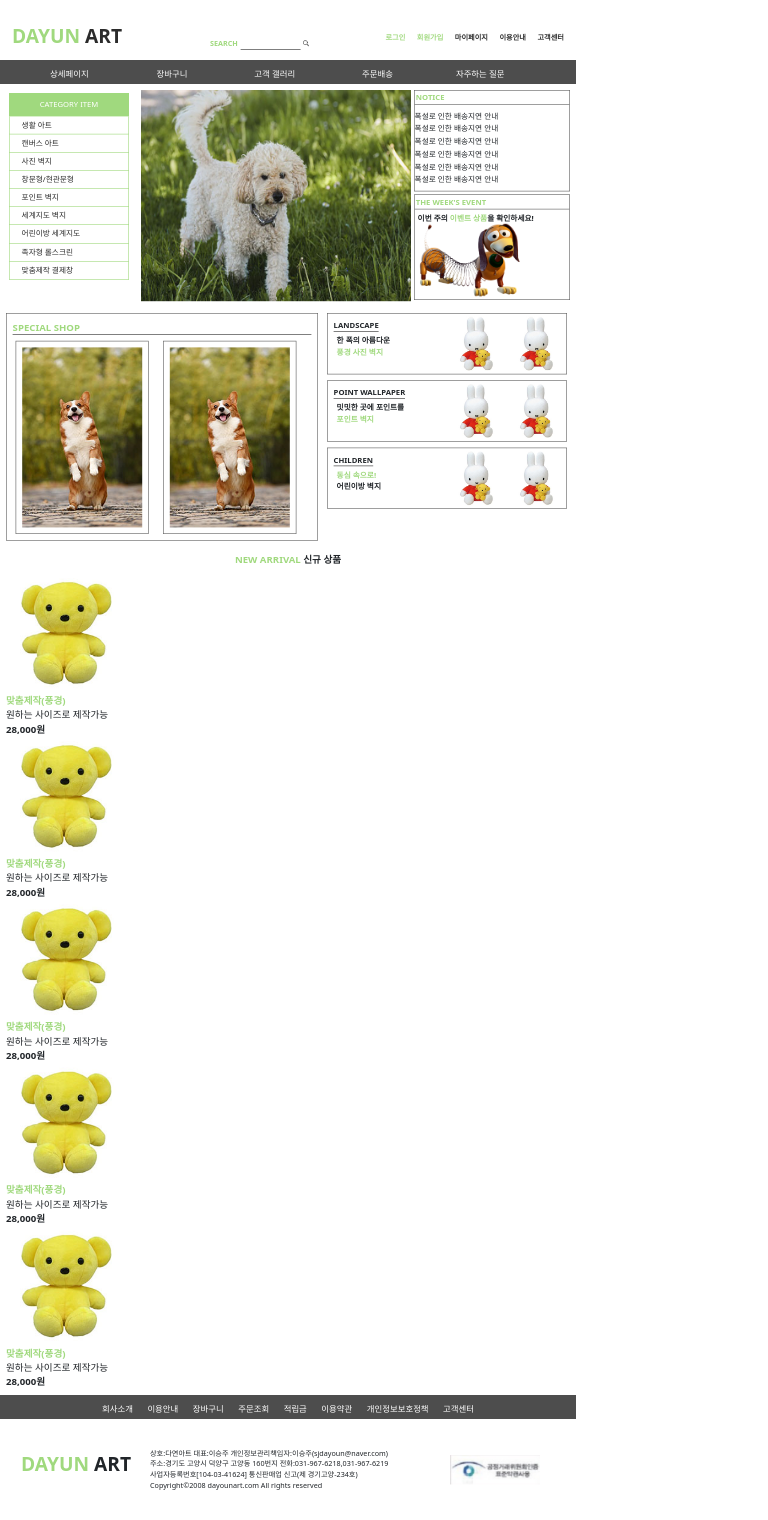
Repository: yeonddu/green_js
Page: pro01/public/bootstrap/hp.html
An editor plug-in stored every save of this project. The page is shown before and after the next save, followed by the edit.
The browser window is 1280 px wide. The pictures show the whole page, at 60% of full size.

Above is the page before, as saved 2022-12-28 08:36:59.

### pro01/public/bootstrap/hp.html
<!DOCTYPE html>
<html lang="ko">
<head>
<meta charset="utf-8">
<meta name="viewport" content="width=device-width, initial-scale=1">
<link rel="stylesheet" href="dayun.css">
<link rel="stylesheet" href="hp.css">
<link href="https://cdn.jsdelivr.net/npm/bootstrap@5.2.3/dist/css/bootstrap.min.css" rel="stylesheet">

<title>Insert title here</title>

</head>
<body>
 <header>
	 <div id="top">
	 	 	<div class="logo"><a href="hp.html"><span class="brand">DAYUN</span> ART</a></div>
			<div id="search">
				<div id="search-title">SEARCH</div>
				<input id="search-input" type="search">
				<a href="#"><img src="images/glass.png"></a>
			</div>
			<div id="top-menu">
				<ul>
					<li><a class="brand" href="#">로그인</a></li>
					<li><a class="brand" href="#">회원가입</a></li>
					<li><a href="#">마이페이지</a></li>
					<li><a href="#">이용안내</a></li>
					<li><a href="#">고객센터</a></li>
				</ul>
			</div>
		 </div>
	 <div id="main-menu">
	 	<ul>
	 		<li><a href="product.html">상세페이지</a></li>
	 		<li><a href="cart.html">장바구니</a></li>
	 		<li><a href="#">고객 갤러리</a></li>
	 		<li><a href="#">주문배송</a></li>
	 		<li><a href="#">자주하는 질문</a></li>
	 	</ul>
	 </div>
</header>
<section>
	<div id="box1">
	<div id="cont-left">
		<div id="cate">
			<div id="cate-title">CATEGORY ITEM</div>
			<ul>
			<li><a href="#">생활 아트</a></li>
			<li><a href="#">캔버스 아트</a></li>
			<li><a href="#">사진 벽지</a></li>
			<li><a href="#">창문형/현관문형</a></li>
			<li><a href="#">포인트 벽지</a></li>
			<li><a href="#">세계지도 벽지</a></li>
			<li><a href="#">어린이방 세계지도</a></li>
			<li><a href="#">족자형 롤스크린</a></li>
			<li><a href="#">맞춤제작 결제창</a></li>
			</ul>
		</div>
	</div>
	<div id="cont-right">
		<div id="main-img"><img src="images/dog.jpg"></div>
		<div id="notice">
			<div id="notice-title" class="brand">NOTICE</div>
			<div id="notice-content">
				<p></p>
				<p>폭설로 인한 배송지연 안내</p>
				<p>폭설로 인한 배송지연 안내</p>
				<p>폭설로 인한 배송지연 안내</p>
				<p>폭설로 인한 배송지연 안내</p>
				<p>폭설로 인한 배송지연 안내</p>
				<p>폭설로 인한 배송지연 안내</p>
			</div>
		</div>
		<div id="event">
			<div id="event-title" class="brand">THE WEEK'S EVENT</div>
			<div id="event-content">
				<div>이번 주의 <span class="brand">이벤트 상품</span>을 확인하세요!</div>
				<img src="images/dog1.png">
			</div>
		</div>
	</div>
	</div>
	<div id="box2-left">
		<div id="special">
			<div id="special-title" class="brand">SPECIAL SHOP</div>
			<div id="special-content">
				<img src="images/spe1.jpg" alt="">
				<img src="images/spe1.jpg" alt="">
			</div>
		</div>
	</div>
	<div id="box2-right">
		<div id="landscape">
			<div class="box2-title">
				<div>LANDSCAPE</div>
				<div>한 폭의 아름다운<br> <span class="brand">풍경 사진 벽지</span></div>
			</div>
			<div class="box2-content">
			<img src="images/po1.jpg" alt="">
			<img src="images/po1.jpg" alt="">
			</div>
		</div>
		<div id="point">
			<div class="box2-title">
				<div>POINT WALLPAPER</div>
				<div>밋밋한 곳에 포인트를<br> <span class="brand">포인트 벽지</span></div>
			</div>
			<div class="box2-content">
			<img src="images/po1.jpg" alt="">
			<img src="images/po1.jpg" alt="">
			</div>
		</div>
		<div id="children">
			<div class="box2-title">
				<div>CHILDREN</div>
				<div><span class="brand">동심 속으로!</span><br>어린이방 벽지</div>
			</div>
			<div class="box2-content">
			<img src="images/po1.jpg" alt="">
			<img src="images/po1.jpg" alt="">
			</div>
		</div>
	</div>
	<div id="box3">
		<div id="new-title"> <span class="brand">NEW ARRIVAL</span> 신규 상품</div>
		<div class="new-content" id="box3-item1">
			<img src="images/new1.jpg">
			<div>맞춤제작(풍경)</div>
			<div>원하는 사이즈로 제작가능</div>
			<div>28,000원</div>
		</div>
		<div class="new-content" id="box3-item1">
			<img src="images/new1.jpg">
			<div>맞춤제작(풍경)</div>
			<div>원하는 사이즈로 제작가능</div>
			<div>28,000원</div>
		</div>
		<div class="new-content" id="box3-item1">
			<img src="images/new1.jpg">
			<div>맞춤제작(풍경)</div>
			<div>원하는 사이즈로 제작가능</div>
			<div>28,000원</div>
		</div>
		<div class="new-content" id="box3-item1">
			<img src="images/new1.jpg">
			<div>맞춤제작(풍경)</div>
			<div>원하는 사이즈로 제작가능</div>
			<div>28,000원</div>
		</div>
		<div class="new-content" id="box3-item1">
			<img src="images/new1.jpg">
			<div>맞춤제작(풍경)</div>
			<div>원하는 사이즈로 제작가능</div>
			<div>28,000원</div>
		</div>
	</div>
		<div id="bottom-menu">
	 	<ul>
	 		<li><a href="#">회사소개</a></li>
	 		<li><a href="#">이용안내</a></li>
	 		<li><a href="cart.html">장바구니</a></li>
	 		<li><a href="#">주문조회</a></li>
	 		<li><a href="#">적립금</a></li>
	 		<li><a href="#">이용약관</a></li>
	 		<li><a href="#">개인정보보호정책</a></li>
	 		<li><a href="#">고객센터</a></li>
	 	</ul>
	 </div>
</section>
<footer>
	<div class="logo"><span class="brand">DAYUN</span> ART</div>
	<div id="item2">상호:다연아트 대표:이승주 개인정보관리책임자:이승주(sjdayoun@naver.com)<br>
		주소:경기도 고양시 덕양구 고양동 160번지 전화:031-967-6218,031-967-6219<br>
		사업자등록번호[104-03-41624] 통신판매업 신고(제 경기고양-234호)<br>
		Copyright©2008 dayounart.com All rights reserved
	</div>
	<img src="images/certi.png" alt="공정거래위원회인증표준약관사용">
</footer>
</body>
</html>

### pro01/public/bootstrap/dayun.css
@charset "EUC-KR";

* {
	margin:0;
	padding:0;
}

body {
	background:#F0F0F0;
	width:960px;
}
.brand {
	color:#A0D97E;
	font-weight:bold;
}

header a {
	text-decoration:none;
	color:#2B2B2B;
}
header #top {
	height:100px;
	position:relative;
}
header .logo {
	font-size:2em;
	position:relative;
	top:35px;
	left:20px;
	font-weight:bold;
}

header #search {
	position:relative;
	top:10px;
	left:350px;
	display:block;
	float:left;
	color:#A0D97E;
}

header #search-title {
	display:inline-block;
	font-size:12px;
	font-weight:bold;
}

header #search-input {
	border:none;
	border-bottom:1px solid #2B2B2B;
	background:none;
	width:100px;
}

header #top-menu {
	position:relative;
	float:right;
	margin: 0 10px;
}
header #top-menu ul li{
	display:inline-block;
	font-size:12px;
	margin-right:5px;
	padding:5px;
	font-weight:bold;
}

header #main-menu {
	height:40px;
	background:#4D4D4D;
	justify-content:center;
}

header #main-menu ul li {
	list-style:none;
	display:inline-block;
	width:18%;
	padding:10px;
	text-align:center;

}
header #main-menu a {
	color:white;
	font-size:14px;
}

section #bottom-menu {
	position:relative;
	clear:both;
	height:40px;
	background:#4D4D4D;

}

#bottom-menu ul {
	padding:10px;
	text-align:center;
}

section #bottom-menu ul li {
	display:inline-block;
	list-style:none;

}
section #bottom-menu a {
	color:white;
	text-decoration:none;
	font-size:14px;
	padding:10px;
}

footer .logo {
	font-size:2em;
	position:relative;
	top:50px;
	left:35px;
	font-weight:bold;
}

footer #item2 {
	position:relative;
	top:0px;
	left:250px;
	font-size:12px;
}

footer img {
	position:relative;
	left:750px;
	top:-60px;
	width:150px;
}

### pro01/public/bootstrap/hp.css
@charset "EUC-KR";
section #cont-left {
	float:left;
	margin:10px;
	padding:5px;
}

section #cate #cate-title {
	background:#A0D97E;
	color:white;
	width:200px;
	margin:0;
	padding:10px 5px;
}

section #cate-title {
	text-align:center;
	font-size:0.8em;
}

section #cate ul {
	padding:0;
}
section #cate li {
	border :1px solid #A0D97E;
	border-top:none;
	list-style:none;
	width:200px;
	padding:5px 5px 5px 20px;
	font-size:0.8em;
}

section #cate a {
	text-decoration:none;
	color:#2B2B2B;
}

section #cont-right {
	float:left;
	margin: 5px 0;
	padding:5px;
	width:730px;
}

#main-img img {
	width:450px;
	float:left;
}

#notice {
	float:left;
	margin:0 5px;
	width:260px;
	border:1px solid rgb(94,94,94);
	font-size:0.8em;
}

#notice-title, #event-title {
	border-bottom:1px solid rgb(94,94,94);
	padding:2px;
}

#notice #notice-content {
	line-height:0.4;
}

#event {
	float:left;
	margin : 5px 0 0 5px;
	width:260px;
	border:1px solid rgb(94, 94, 94);
	font-size:0.8em;
}

#event #event-content {
	font-weight:bold;
	padding:5px;
}

#event #event-content img {
	width:170px;
}

#special {
	float:left;
	border:1px solid rgb(94, 94, 94);
	padding:5px;
	margin:10px;
	width:520px;
}


#special-title {
	border-bottom: 1px solid #2B2B2B;
	margin:5px;
}

#special-content img {
	border:1px solid rgb(94, 94, 94);
	padding:10px;
	margin:5px 10px;
}


#landscape, #point, #children {
	float:left;
	width:400px;
	border:1px solid rgb(94, 94, 94);
	margin-top:10px;
	margin-left:5px;
}

.box2-title {
	float:left;
	font-size:0.8em;
	font-weight:bold;
	width:140px;
	margin:10px;
}

.box2-title div:first-child{
	float:left;
	border-bottom: 1px solid #2B2B2B;
}

.box2-title div:nth-child(2) {
	clear:both;
	padding:5px;
}
.box2-content img {
	float:right;
	width:100px;
	padding:5px;
}

#box3 {
	clear:both;
	margin:10px;
}

#box3 #new-title {
	padding:10px;
	font-weight:bold;
	text-align:center;
}

#box3 .new-content div:nth-child(2) {
	color:#A0D97E;
	font-weight:bold;
}
#box3 .new-content div:nth-child(4) {
	font-weight:bold;
}

After the next save:
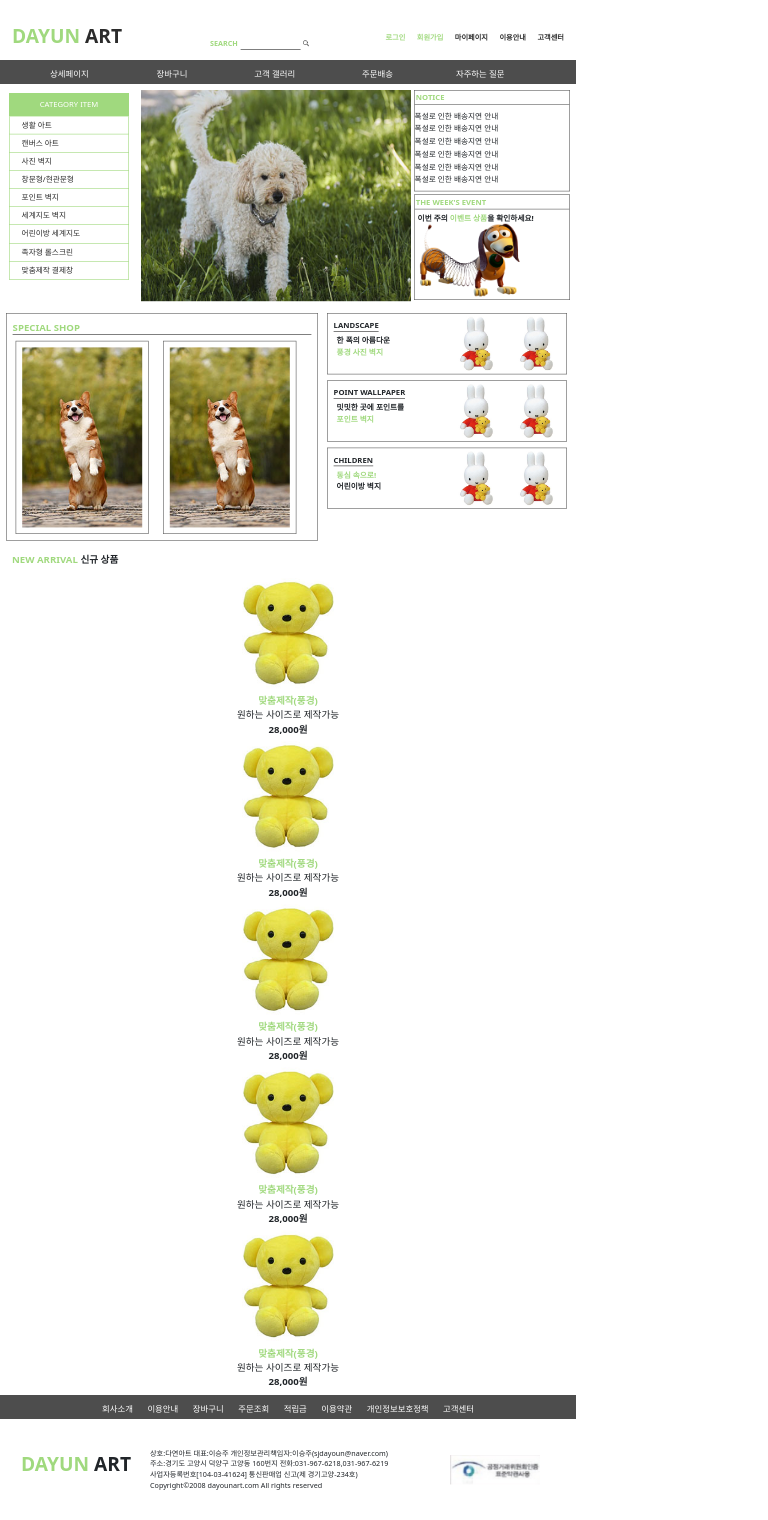
Saved 15 s later.
--- a/pro01/public/bootstrap/hp.css
+++ b/pro01/public/bootstrap/hp.css
@@ -141,7 +141,11 @@
 #box3 #new-title {
 	padding:10px;
 	font-weight:bold;
+}
+
+.new-content {
 	text-align:center;
+
 }
 
 #box3 .new-content div:nth-child(2) {
